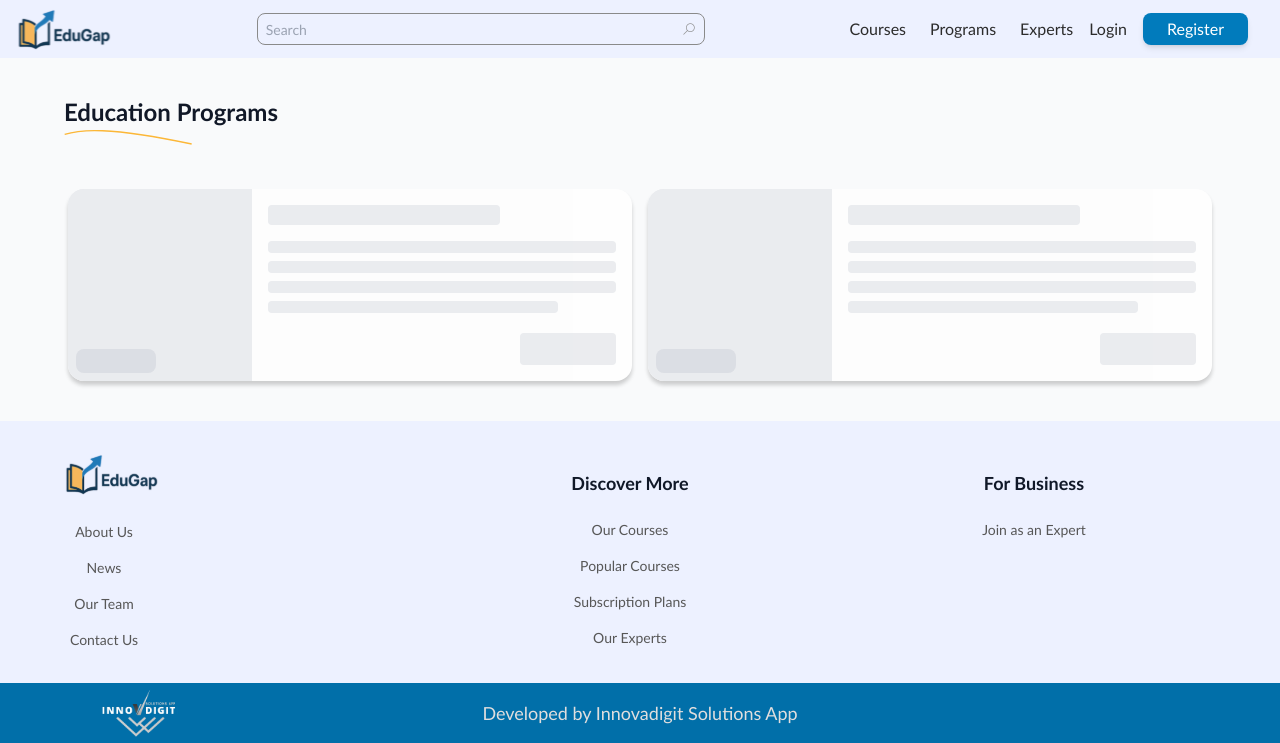
Repository: Yehyv/EduGap-Project
Page: /programs-list
An editor plug-in stored every save of this project. The page is shown before and after the next save, followed by the edit.
The browser window is 1280 px wide. The pictures show the whole page.
The page's requests for data from a server got no answer. The project was rebuilt for these pictures with package versions that can differ from the ones it lists, and the page was loaded fresh each time. Some packages were replaced by stand-ins written for this rebuild. No one was signed in, and anything a server would have sent is missing. Also part of the build but not shown: vite.config.ts, src/features/auth/services/authApi.ts, src/shared/utils/AppSwal.tsx, src/shared/utils/ShowMessagesAlert.tsx, src/features/auth/hooks/useLogin.ts, src/features/auth/components/LoginForm.tsx, src/features/auth/index.ts, src/shared/hooks/useClickOutside.ts and 74 more.

Above is the page before, as saved 2025-09-30 14:13:29.

After the next save:
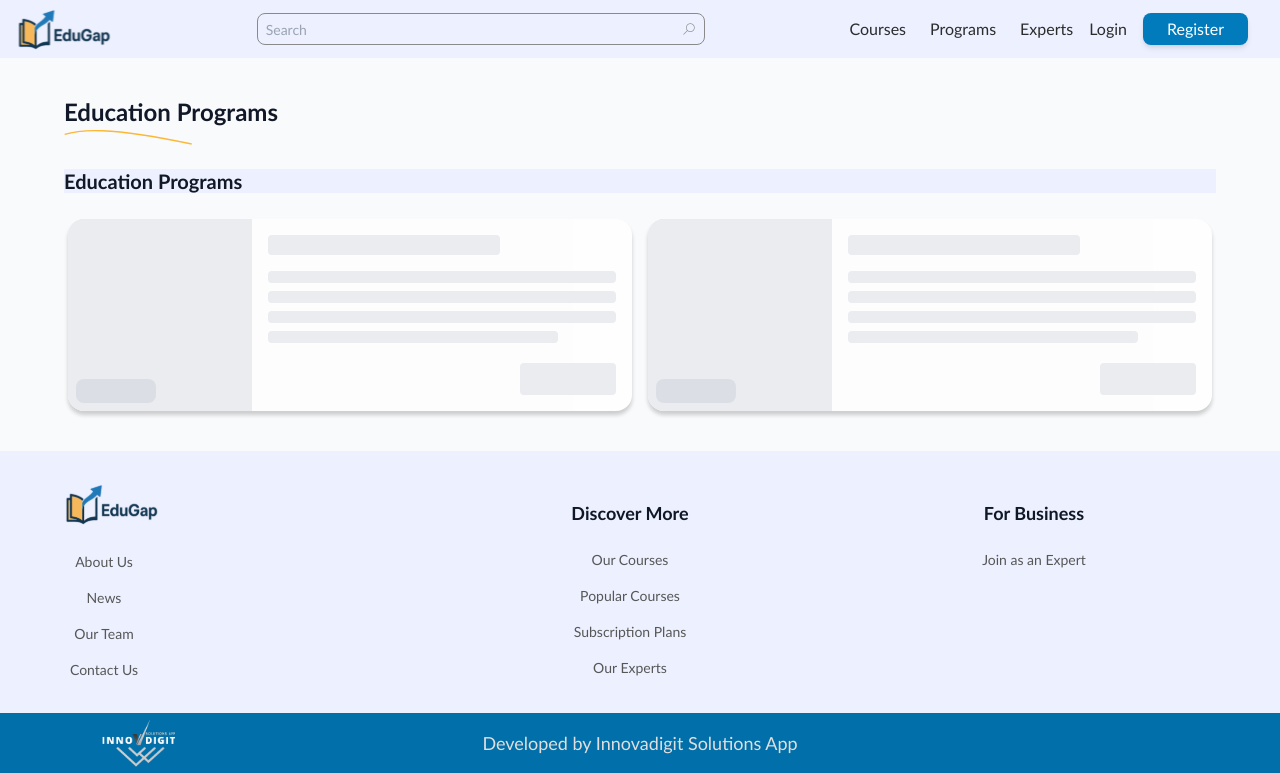
Saved 45 min 4 s later.
--- a/src/pages/ProgramsList.tsx
+++ b/src/pages/ProgramsList.tsx
@@ -31,7 +31,9 @@ const GuestPopularCoursesPage = () => {
     <div className="mb-5 mt-10 container">
       <ScrollToTop />
       <SectionTitle textTitle={t("programs_title")} />
-
+      <div className="bg-primary">
+        <h4>{t("programs_title")}</h4>
+      </div>
       {isLoading ? (
         <div className="grid grid-cols-1 sm:grid-cols-2 gap-2">
           {Array.from({ length: 2 }).map((_, idx) => (
